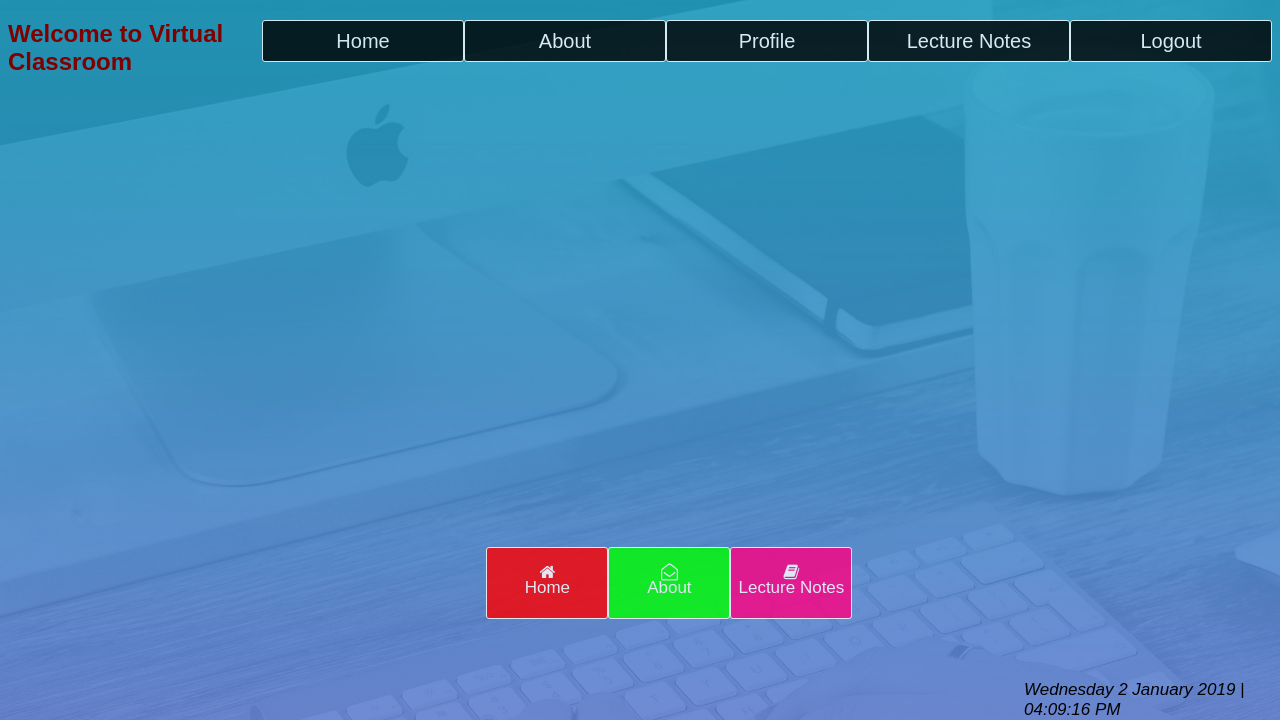
Repository: Rajendra1998/Virtual_classroom_mvc_project
Page: http://localhost/Virtual_classroom/Student_logged1.jsp
These files come from the project's save history. The page is drawn as it stood at one moment and after the next save; the edit follows.
The browser window is 1280 px wide. The pictures show the whole page.
The page is served by Tomcat 9.

Above is the page before, as saved 2019-01-08 20:31:33.

After the next save:
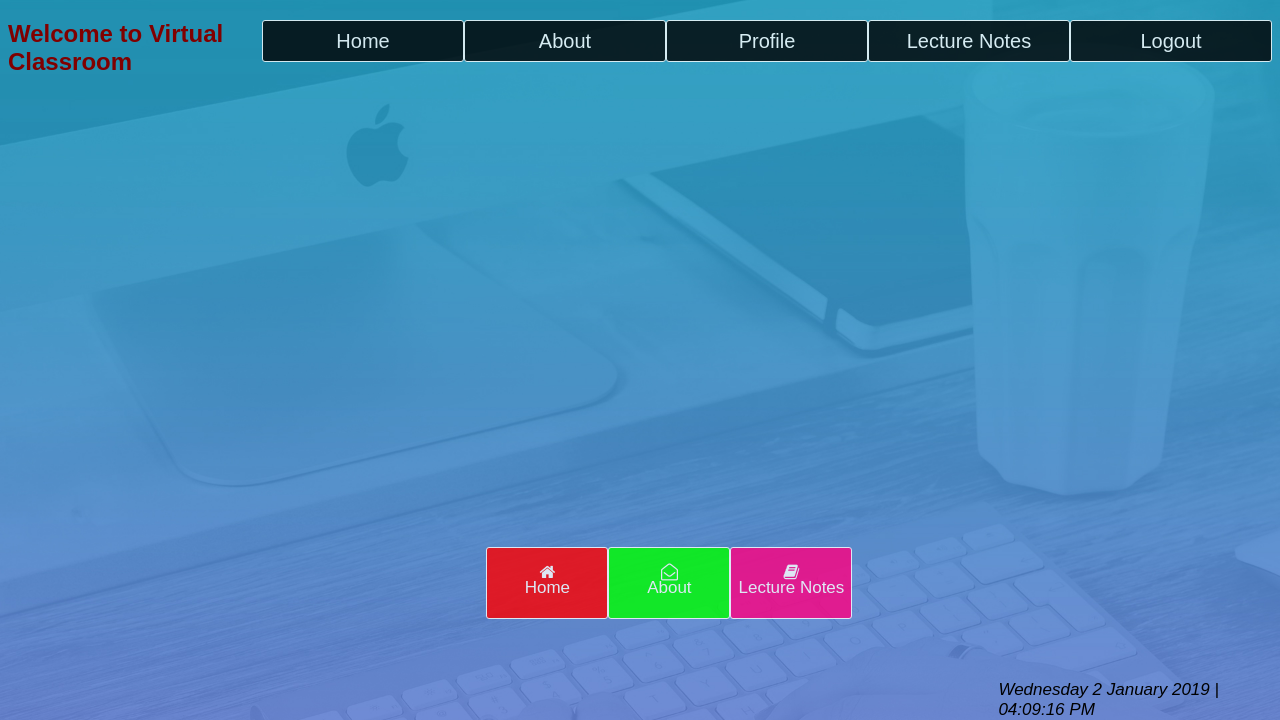
Saved 17 min 15 s later.
--- a/Virtual_classroom/WebContent/Student_logged1.jsp
+++ b/Virtual_classroom/WebContent/Student_logged1.jsp
@@ -20,7 +20,7 @@
 		font-size:17px;
 		position:absolute;
 		top:94.5%;
-		left:80%;
+		left:78%;
 	}
 	h2{
 		color:#800000;
